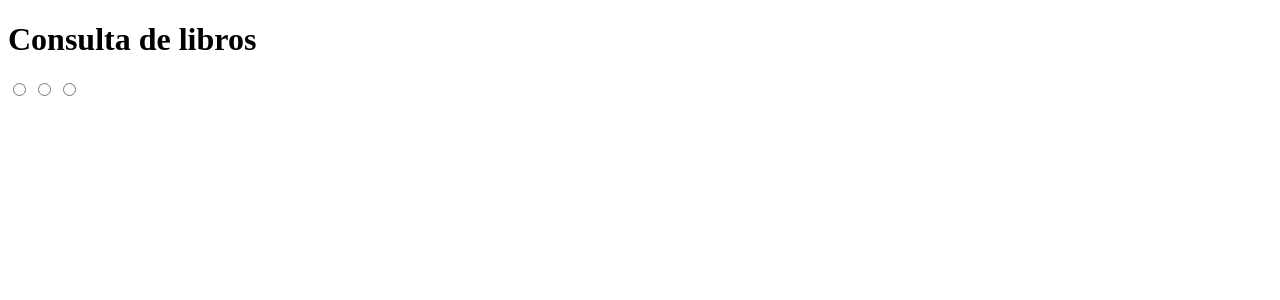
Repository: RaulWhite/javaEE
Page: Libreria/WebContent/index.html
An editor plug-in stored every save of this project. The page is shown before and after a run of saves, followed by the edit.
The browser window is 1280 px wide. The pictures show the whole page.

Above is the page before, as saved 2017-02-20 19:30:26.

After the next 2 saves:
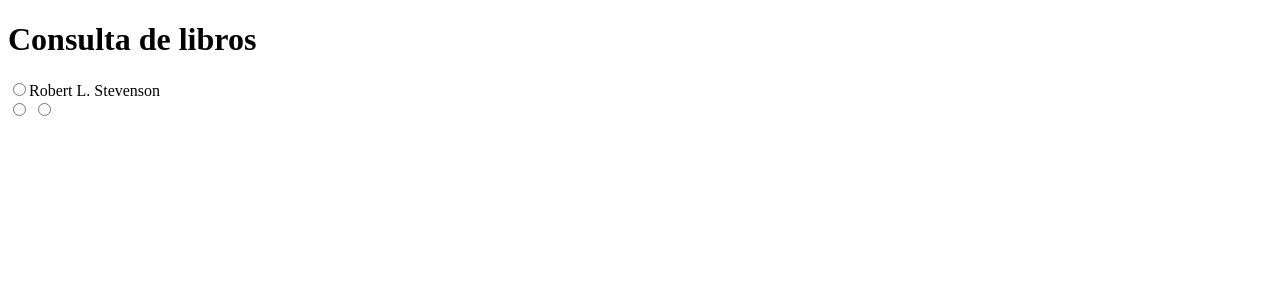
The 2 saves are shown as one change because they came seconds apart.
The last was saved 18 s later.
--- a/Libreria/WebContent/index.html
+++ b/Libreria/WebContent/index.html
@@ -7,7 +7,7 @@
 	<body>
 		<h1>Consulta de libros</h1>
 		<form action="/Libreria/consulta">
-			<input type="radio" value="Robert L. Stevenson">
+			<input type="radio" value="Robert L. Stevenson">Robert L. Stevenson<br>
 			<input type="radio" value="Alejandro Dumas">
 			<input type="radio" value="Charles Dickens">
 		</form>
